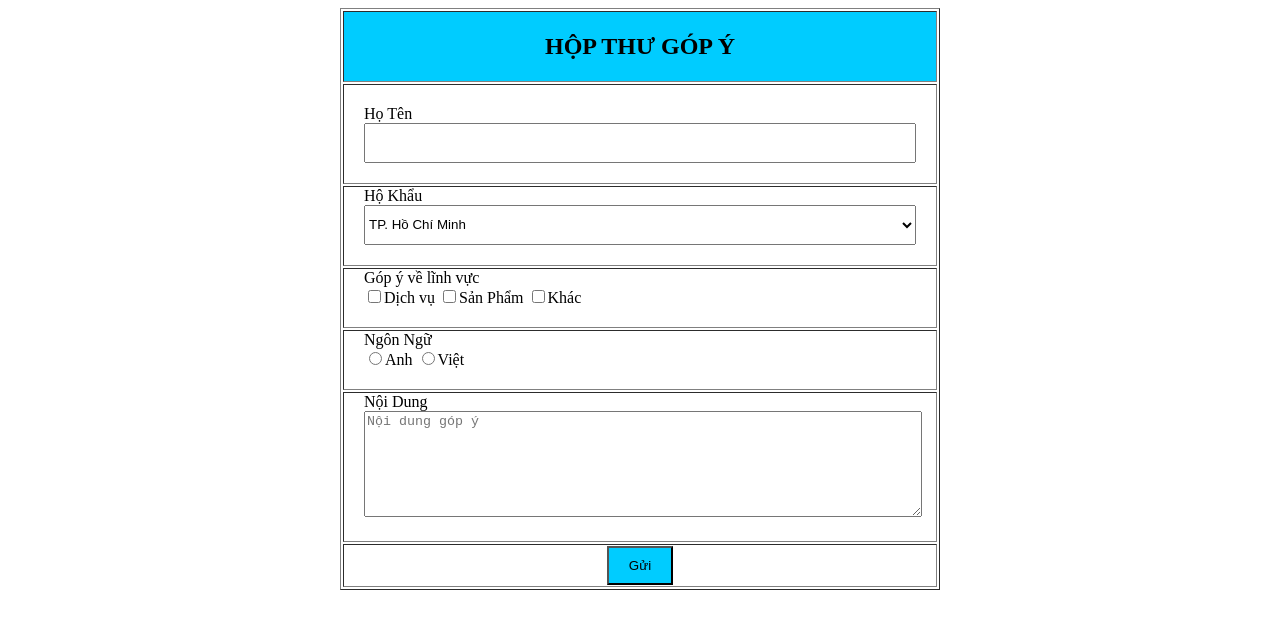
Repository: Tan-Khang21/TH_TKW--Buoi_04
Page: Bai_Tap_Ve_Nha/Bai_02/form8.html
The author's editor kept a copy of each file at every save. The page is drawn from the files as they stood at one save, then again after the next save.
The browser window is 1280 px wide. The pictures show the whole page.

Above is the page before, as saved 2024-03-07 16:41:51.

### Bai_Tap_Ve_Nha/Bai_02/form8.html
<!DOCTYPE html>
<html lang="en">
<head>
    <meta charset="UTF-8">
    <meta name="viewport" content="width=device-width, initial-scale=1.0">
    <title>Document</title>
</head>
<body>
    <form style="width: 600px; margin: 0 auto;" >
<table border="1px" style="width: 600px;">
    <tr>
        <th bgcolor="#00ccff"><h2 style="text-transform: uppercase;">hộp thư góp ý</h2></th>
    </tr>
    <tr>
        <td style="padding: 20px">
          <span>Họ Tên</span>
          <br />
          <input
            type="text"
            style="width: 100%; height: 40px; box-sizing: border-box"
          />
        </td>
      </tr>
      <tr>
        <td style="padding: 0px 20px 20px 20px">
          <span>Hộ Khẩu</span>
          <br />
          <select style="width: 100%; height: 40px; box-sizing: border-box">
            <option value="">TP. Hồ Chí Minh</option>
            <option value="">Đồng Nai</option>
            <option value="">Bến Tre</option>
          </select>
        </td>
      </tr>
      <tr>
        <td style="padding: 0px 20px 20px 20px">
          <span>Góp ý về lĩnh vực</span>
          <br />
          <input type="checkbox">Dịch vụ
          <input type="checkbox">Sản Phẩm
          <input type="checkbox">Khác
        </td>
      </tr>
      <tr>
        <td style="padding: 0px 20px 20px 20px">
          <span>Ngôn Ngữ</span>
          <br />
          <input type="radio" name="language">Anh
          <input type="radio" name="language">Việt
        </td>
      </tr>
      <tr>
        <td style="padding: 0px 20px 20px 20px">
          <span>Nội Dung</span>
          <br />
         <textarea placeholder="Nội dung góp ý" style="resize: vertical; width: 100%;height: 100px;"></textarea>
        </td>
      </tr>
      <tr>
        <th>
            <input type="button" value="Gửi" style="background-color:#00ccff; padding: 10px 20px;">
        </th>
      </tr>
</table>
    </form>
</body>
</html>

After the next save:
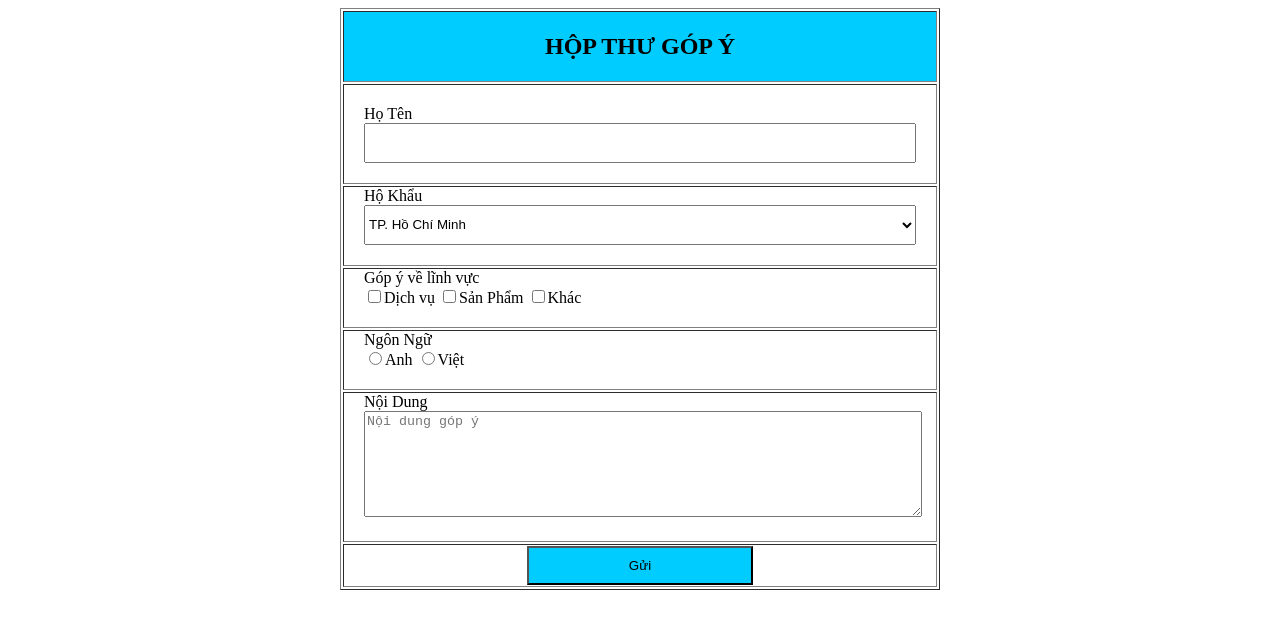
Saved 16 s later.
--- a/Bai_Tap_Ve_Nha/Bai_02/form8.html
+++ b/Bai_Tap_Ve_Nha/Bai_02/form8.html
@@ -58,7 +58,7 @@
       </tr>
       <tr>
         <th>
-            <input type="button" value="Gửi" style="background-color:#00ccff; padding: 10px 20px;">
+            <input type="button" value="Gửi" style="background-color:#00ccff; padding: 10px 100px;">
         </th>
       </tr>
 </table>
